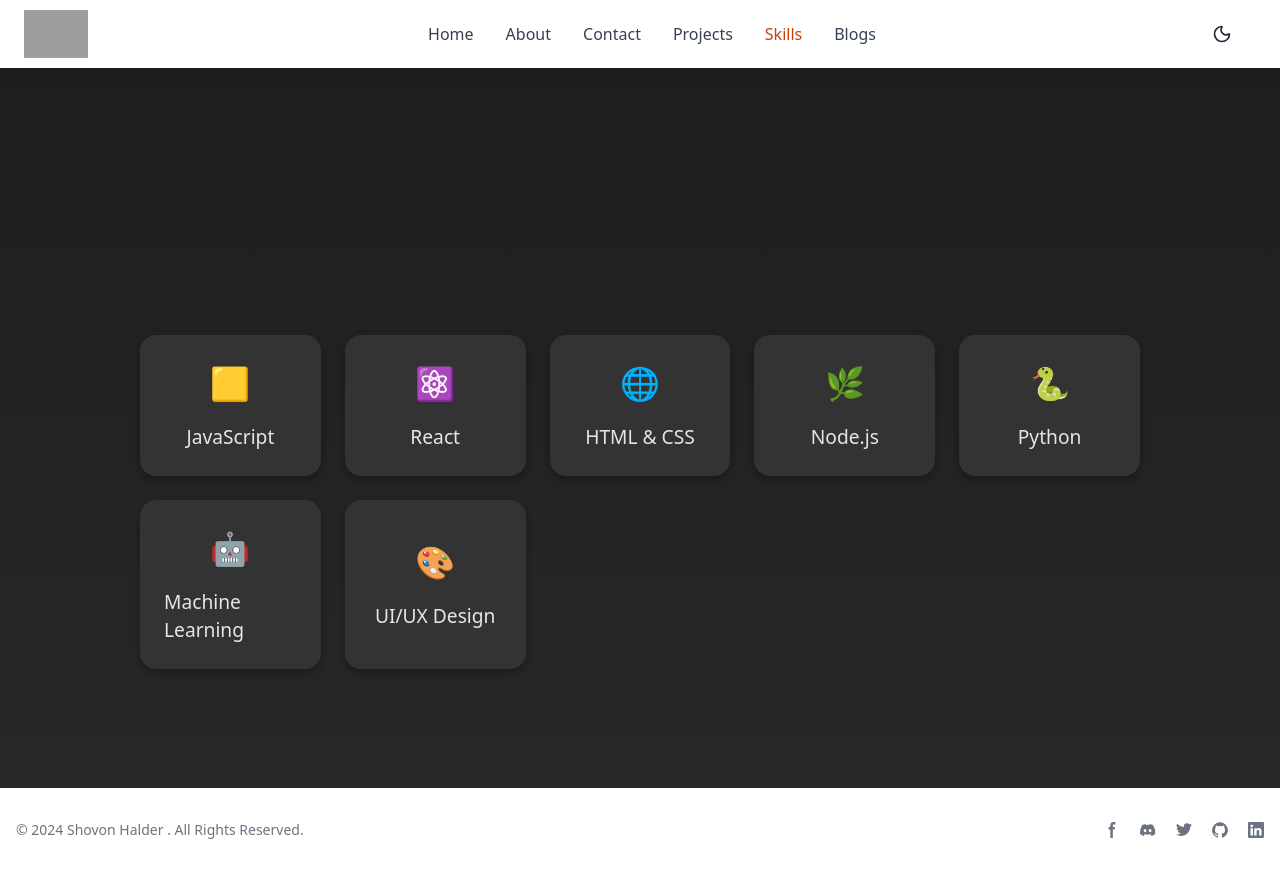
Repository: Shovon0004/Portfolio
Page: /Skill
The author's editor kept a copy of each file at every save. The page is drawn from the files as they stood at one save, then again after the next save.
The browser window is 1280 px wide. The pictures show the whole page.
Pictures or frames that could not be fetched are drawn as grey boxes. The project was rebuilt for these pictures with package versions that can differ from the ones it lists, and the page was loaded fresh each time. Also part of the build but not shown: vite.config.js, src/components/Home.jsx, src/components/About.jsx, src/components/Projects.jsx, src/components/Contact.jsx, src/components/Blogs.jsx.

Above is the page before, as saved 2024-12-23 12:51:50.

### src/main.jsx
import { StrictMode } from 'react'
import { createRoot } from 'react-dom/client'
import './index.css'
import { Route,createBrowserRouter, createRoutesFromElements, RouterProvider } from 'react-router'
import Layout from './Layout.jsx'
import Home from './components/Home.jsx'
import About from './components/About.jsx'
import Projects from './components/Projects.jsx'
import Contact from './components/Contact.jsx'
import Skill from './components/Skill.jsx'
import Blogs from './components/Blogs.jsx'





// const router = createBrowserRouter([
//   {
//     path: '/',
//     element: <Layout />,
//     children: [
//       {
//         path: "",
//         element: <Home />
//       }, {
//         path: "about",
//         element: <About />
//       }, {
//         path: "Projects",
//         element: <Projects />
//       }, {
//         path: "Contact",
//         element:<Contact/>

//       }
//     ]
//   }
// ])
const router = createBrowserRouter(
  createRoutesFromElements(
    <Route path='/' element={<Layout />}>
      <Route path="" element={<Home />} />
      <Route path="about" element={<About />} />
      <Route path="Projects" element={<Projects />} />
      <Route path="Contact" element={<Contact />} />
      <Route path="Skill" element={<Skill />} />
      <Route path="Blogs" element={<Blogs/>}/>
    </Route>
  )
)

createRoot(document.getElementById('root')).render(
  <StrictMode>




      <RouterProvider router={router} />

  </StrictMode>,
)

### src/Layout.jsx
import React from 'react'
import Header from './components/Header'
import Footer from './components/Footer'
import { Outlet } from 'react-router-dom'

function Layout() {
  return (
    <>
    <Header/>
    <main className="flex-grow text-gray-900 dark:text-white dark:bg-gray-900">
                <Outlet />
            </main>
    <Footer />
    </>
  )
}

export default Layout

### src/components/Skill.jsx
import React from "react";
import { motion, useScroll, useTransform } from "framer-motion";
import "./Skill.css";

const skills = [
  { name: "JavaScript", icon: "🟨" },
  { name: "React", icon: "⚛️" },
  { name: "HTML & CSS", icon: "🌐" },
  { name: "Node.js", icon: "🌿" },
  { name: "Python", icon: "🐍" },
  { name: "Machine Learning", icon: "🤖" },
  { name: "UI/UX Design", icon: "🎨" },
];

const Skill = () => {
  const { scrollYProgress } = useScroll();
  const x = useTransform(scrollYProgress, [0, 1], [0, -100]);
  const opacity = useTransform(scrollYProgress, [0, 0.5, 1], [1, 0.8, 0]);

  return (
    <div className="skill-container dark:bg-900">
      <motion.div
        className="parallax-header"
        style={{ x, opacity }}
        initial={{ y: -50, opacity: 0 }}
        animate={{ y: 0, opacity: 1 }}
        transition={{ duration: 1 }}
      >
        <h1 className="skill-title">My Skills</h1>
        <p className="skill-subtitle">Crafted with passion and precision</p>
      </motion.div>

      <motion.div
        className="skills-grid"
        initial="hidden"
        animate="visible"
        variants={{
          hidden: { opacity: 0, scale: 0.8 },
          visible: { opacity: 1, scale: 1, transition: { staggerChildren: 0.3 } },
        }}
      >
        {skills.map((skill, index) => (
          <motion.div
            key={index}
            className="skill-card"
            variants={{
              hidden: { opacity: 0, y: 50 },
              visible: { opacity: 1, y: 0 },
            }}
            whileHover={{
              scale: 1.2,
              rotate: [0, 5, -5, 0],
              boxShadow: "0 8px 20px rgba(255, 255, 255, 0.3)",
              transition: { duration: 0.5 },
            }}
          >
            <div className="skill-icon">{skill.icon}</div>
            <h3>{skill.name}</h3>
            <motion.div
              className="glow-effect"
              animate={{ opacity: [0.2, 0.8, 0.2], scale: [1, 1.2, 1] }}
              transition={{ duration: 1.5, repeat: Infinity }}
            />
          </motion.div>
        ))}
      </motion.div>

      <motion.div
        className="interactive-background"
        initial={{ opacity: 0 }}
        animate={{ opacity: 0.5 }}
        transition={{ duration: 1 }}
      >
        {[...Array(50)].map((_, i) => (
          <motion.div
            key={i}
            className="floating-bubble"
            initial={{ y: 0, opacity: 0.6 }}
            animate={{ y: [10, -10, 10], opacity: [0.3, 0.7, 0.3] }}
            transition={{
              duration: 5,
              repeat: Infinity,
              delay: Math.random() * 2,
            }}
          />
        ))}
      </motion.div>
    </div>
  );
};
export default Skill;

### src/components/Header.jsx
import React from 'react'
import { Link, NavLink } from 'react-router-dom'
import  { useState,useEffect } from 'react'
import { Moon, Sun } from 'lucide-react';

export default function Header() {
    const [darkMode, setDarkMode] = useState(() => {
        const savedTheme = localStorage.getItem('theme');
        return savedTheme === 'dark';
    });

    useEffect(() => {
        if (darkMode) {
            document.documentElement.classList.add('dark');
            localStorage.setItem('theme', 'dark');
        } else {
            document.documentElement.classList.remove('dark');
            localStorage.setItem('theme', 'light');
        }
    }, [darkMode]);
    return (
        <header className="shadow sticky z-50 top-0 dark:bg-grey-900">
            <nav className="bg-white border-gray-800 px-4 lg:px-6 py-2.5 dark:bg-gray-900">
                <div className="flex flex-wrap justify-between items-center mx-auto max-w-screen-xl">
                    <Link to="/" className="flex items-center ">
                        <img
                            src="https://media.tenor.com/kQ5Gj88WGuwAAAAj/taking-notes-kedet.gif"
                            className="mr-3 h-12"
                            alt="Logo"
                        />
                    </Link>
                    <div className="flex items-center lg:order-2">
                        <button
                            onClick={() => setDarkMode(!darkMode)}
                            className="p-2 mr-4 rounded-lg hover:bg-gray-100 dark:hover:bg-gray-700 focus:outline-none focus:ring-2 focus:ring-gray-200 dark:focus:ring-gray-700"
                            aria-label="Toggle dark mode"
                        >
                            {darkMode ? (
                                <Sun className="w-5 h-5 text-gray-800 dark:text-gray-200" />
                            ) : (
                                <Moon className="w-5 h-5 text-gray-800 dark:text-gray-200" />
                            )}
                        </button>




                    </div>
                    <div
                        className="hidden justify-between items-center w-full lg:flex lg:w-auto lg:order-1"
                        id="mobile-menu-2"
                    >
                        <ul className="flex flex-col mt-4 font-medium lg:flex-row lg:space-x-8 lg:mt-0">
                            <li>
                                <NavLink
  to="/"
  className={({ isActive }) =>
    `block py-2 pr-4 pl-3 duration-200 ${
      isActive ? "text-orange-700" : "text-gray-700"
    } border-b border-gray-100 hover:bg-gray-50 lg:hover:bg-transparent lg:border-0 hover:text-orange-700 lg:p-0`
  }
  title="Go to Home"
>
  Home
</NavLink>

                            </li>
                            <li>
                                <NavLink
                                to="/about"
                                    className={({isActive}) =>
                                        `block py-2 pr-4 pl-3 duration-200 ${isActive ? "text-orange-700" : "text-gray-700"} border-b border-gray-100 hover:bg-gray-50 lg:hover:bg-transparent lg:border-0 hover:text-orange-700 lg:p-0`
                                    }
                                >
                                    About
                                </NavLink>
                            </li>
                            <li>
                                <NavLink
                                to="/contact"
                                    className={({isActive}) =>
                                        `block py-2 pr-4 pl-3 duration-200 ${isActive ? "text-orange-700" : "text-gray-700"} border-b border-gray-100 hover:bg-gray-50 lg:hover:bg-transparent lg:border-0 hover:text-orange-700 lg:p-0`
                                    }
                                >
                                    Contact
                                </NavLink>
                            </li>
                            <li>
                                <NavLink
                                to="/Projects"
                                    className={({isActive}) =>
                                        `block py-2 pr-4 pl-3 duration-200 ${isActive ? "text-orange-700" : "text-gray-700"} border-b border-gray-100 hover:bg-gray-50 lg:hover:bg-transparent lg:border-0 hover:text-orange-700 lg:p-0`
                                    }
                                >
                                    Projects
                                </NavLink>
                            </li>
                            <li>
                                <NavLink
                                to="/Skill"
                                    className={({isActive}) =>
                                        `block py-2 pr-4 pl-3 duration-200 ${isActive ? "text-orange-700" : "text-gray-700"} border-b border-gray-100 hover:bg-gray-50 lg:hover:bg-transparent lg:border-0 hover:text-orange-700 lg:p-0`
                                    }
                                >
                                    Skills
                                </NavLink>
                            </li>
                            <li>
                                <NavLink
                                to="/Blogs"
                                    className={({isActive}) =>
                                        `block py-2 pr-4 pl-3 duration-200 rounded border-red-500 ${isActive ? "text-orange-700" : "text-gray-700"} border-b border-gray-100 hover:bg-gray-50 lg:hover:bg-transparent lg:border-0 hover:text-orange-700 lg:p-0`
                                    }
                                >
                                    Blogs
                                </NavLink>
                            </li>

                        </ul>
                    </div>
                </div>
            </nav>
        </header>
    );
}

### src/components/Footer.jsx
import React from 'react'
import { Link } from 'react-router-dom';


export default function Footer() {
    return (
        <footer className="dark:bg-gray-900">
            <div className="mx-auto w-full max-w-screen-xl p-4 py-6 lg:py-8">
                <div className="sm:flex sm:items-center sm:justify-between">
                    <span className="text-sm text-gray-500 sm:text-center">
                        © 2024 Shovon Halder
                        . All Rights Reserved.
                    </span>
                    <div className="flex mt-4 space-x-5 sm:justify-center sm:mt-0">
                        <Link to="https://www.facebook.com/profile.php?id=100080779660559" className="text-gray-500 hover:text-gray-900">
                            <svg
                                className="w-4 h-4"
                                aria-hidden="true"
                                xmlns="http://www.w3.org/2000/svg"
                                fill="currentColor"
                                viewBox="0 0 8 19"
                            >
                                <path
                                    fillRule="evenodd"
                                    d="M6.135 3H8V0H6.135a4.147 4.147 0 0 0-4.142 4.142V6H0v3h2v9.938h3V9h2.021l.592-3H5V3.591A.6.6 0 0 1 5.592 3h.543Z"
                                    clipRule="evenodd"
                                />
                            </svg>
                            <span className="sr-only">Facebook page</span>
                        </Link>
                        <Link to="#" className="text-gray-500">
                            <svg
                                className="w-4 h-4"
                                aria-hidden="true"
                                xmlns="http://www.w3.org/2000/svg"
                                fill="currentColor"
                                viewBox="0 0 21 16"
                            >
                                <path d="M16.942 1.556a16.3 16.3 0 0 0-4.126-1.3 12.04 12.04 0 0 0-.529 1.1 15.175 15.175 0 0 0-4.573 0 11.585 11.585 0 0 0-.535-1.1 16.274 16.274 0 0 0-4.129 1.3A17.392 17.392 0 0 0 .182 13.218a15.785 15.785 0 0 0 4.963 2.521c.41-.564.773-1.16 1.084-1.785a10.63 10.63 0 0 1-1.706-.83c.143-.106.283-.217.418-.33a11.664 11.664 0 0 0 10.118 0c.137.113.277.224.418.33-.544.328-1.116.606-1.71.832a12.52 12.52 0 0 0 1.084 1.785 16.46 16.46 0 0 0 5.064-2.595 17.286 17.286 0 0 0-2.973-11.59ZM6.678 10.813a1.941 1.941 0 0 1-1.8-2.045 1.93 1.93 0 0 1 1.8-2.047 1.919 1.919 0 0 1 1.8 2.047 1.93 1.93 0 0 1-1.8 2.045Zm6.644 0a1.94 1.94 0 0 1-1.8-2.045 1.93 1.93 0 0 1 1.8-2.047 1.918 1.918 0 0 1 1.8 2.047 1.93 1.93 0 0 1-1.8 2.045Z" />
                            </svg>
                            <span className="sr-only">Discord community</span>
                        </Link>
                        <Link to="https://x.com/SHalder0004" className="text-gray-500">
                            <svg
                                className="w-4 h-4"
                                aria-hidden="true"
                                xmlns="http://www.w3.org/2000/svg"
                                fill="currentColor"
                                viewBox="0 0 20 17"
                            >
                                <path
                                    fillRule="evenodd"
                                    d="M20 1.892a8.178 8.178 0 0 1-2.355.635 4.074 4.074 0 0 0 1.8-2.235 8.344 8.344 0 0 1-2.605.98A4.13 4.13 0 0 0 13.85 0a4.068 4.068 0 0 0-4.1 4.038 4 4 0 0 0 .105.919A11.705 11.705 0 0 1 1.4.734a4.006 4.006 0 0 0 1.268 5.392 4.165 4.165 0 0 1-1.859-.5v.05A4.057 4.057 0 0 0 4.1 9.635a4.19 4.19 0 0 1-1.856.07 4.108 4.108 0 0 0 3.831 2.807A8.36 8.36 0 0 1 0 14.184 11.732 11.732 0 0 0 6.291 16 11.502 11.502 0 0 0 17.964 4.5c0-.177 0-.35-.012-.523A8.143 8.143 0 0 0 20 1.892Z"
                                    clipRule="evenodd"
                                />
                            </svg>
                            <span className="sr-only">Twitter page</span>
                        </Link>
                        <Link to="https://github.com/Shovon0004" className="text-gray-500">
                            <svg
                                className="w-4 h-4"
                                aria-hidden="true"
                                xmlns="http://www.w3.org/2000/svg"
                                fill="currentColor"
                                viewBox="0 0 20 20"
                            >
                                <path
                                    fillRule="evenodd"
                                    d="M10 .333A9.911 9.911 0 0 0 6.866 19.65c.5.092.678-.215.678-.477 0-.237-.01-1.017-.014-1.845-2.757.6-3.338-1.169-3.338-1.169a2.627 2.627 0 0 0-1.1-1.451c-.9-.615.07-.6.07-.6a2.084 2.084 0 0 1 1.518 1.021 2.11 2.11 0 0 0 2.884.823c.044-.503.268-.973.63-1.325-2.2-.25-4.516-1.1-4.516-4.9A3.832 3.832 0 0 1 4.7 7.068a3.56 3.56 0 0 1 .095-2.623s.832-.266 2.726 1.016a9.409 9.409 0 0 1 4.962 0c1.89-1.282 2.717-1.016 2.717-1.016.366.83.402 1.768.1 2.623a3.827 3.827 0 0 1 1.02 2.659c0 3.807-2.319 4.644-4.525 4.889a2.366 2.366 0 0 1 .673 1.834c0 1.326-.012 2.394-.012 2.72 0 .263.18.572.681.475A9.911 9.911 0 0 0 10 .333Z"
                                    clipRule="evenodd"
                                />
                            </svg>
                            <span className="sr-only">GitHub account</span>
                        </Link>
                        <Link to="https://www.linkedin.com/in/shovon-halder-5ab775266/" className="text-gray-500">
                            <svg xmlns="http://www.w3.org/2000/svg" width="16" height="16" fill="currentColor" class="bi bi-linkedin" viewBox="0 0 16 16">
  <path d="M0 1.146C0 .513.526 0 1.175 0h13.65C15.474 0 16 .513 16 1.146v13.708c0 .633-.526 1.146-1.175 1.146H1.175C.526 16 0 15.487 0 14.854zm4.943 12.248V6.169H2.542v7.225zm-1.2-8.212c.837 0 1.358-.554 1.358-1.248-.015-.709-.52-1.248-1.342-1.248S2.4 3.226 2.4 3.934c0 .694.521 1.248 1.327 1.248zm4.908 8.212V9.359c0-.216.016-.432.08-.586.173-.431.568-.878 1.232-.878.869 0 1.216.662 1.216 1.634v3.865h2.401V9.25c0-2.22-1.184-3.252-2.764-3.252-1.274 0-1.845.7-2.165 1.193v.025h-.016l.016-.025V6.169h-2.4c.03.678 0 7.225 0 7.225z"/>
</svg>
                            <span className="sr-only">LinkedIn</span>
                        </Link>
                    </div>
                </div>
            </div>
        </footer>
    );
}

### src/components/Skill.css
.skill-container {
  height: 100vh;
  display: flex;
  flex-direction: column;
  align-items: center;
  justify-content: space-between;
  padding: 2rem;
  background: linear-gradient(to bottom, #1e1e1e, #282828);
  color: #fff;
  overflow: hidden;
}

.dark:bg-900 {
  background-color: #121212;
}

.parallax-header {
  text-align: center;
  margin-bottom: 2rem;
}

.skill-title {
  font-size: 3rem;
  font-weight: bold;
  color: #e6e6e6;
}

.skill-subtitle {
  font-size: 1.5rem;
  color: #aaa;
  margin-top: 0.5rem;
}

.skills-grid {
  display: grid;
  grid-template-columns: repeat(auto-fit, minmax(150px, 1fr));
  gap: 1.5rem;
  width: 100%;
  max-width: 1000px;
}

.skill-card {
  display: flex;
  flex-direction: column;
  align-items: center;
  justify-content: center;
  padding: 1.5rem;
  background: #333;
  border-radius: 1rem;
  box-shadow: 0 4px 10px rgba(0, 0, 0, 0.3);
  transition: transform 0.2s, box-shadow 0.2s;
}

.skill-card h3 {
  margin-top: 1rem;
  font-size: 1.2rem;
  color: #e6e6e6;
}

.skill-icon {
  font-size: 2rem;
}

.parallax-footer {
  text-align: center;
  margin-top: 2rem;
}

.footer-text {
  font-size: 1.2rem;
  color: #e6e6e6;
}

.contact-button {
  margin-top: 1rem;
  padding: 0.8rem 1.5rem;
  font-size: 1rem;
  color: #fff;
  background-color: #444;
  border: none;
  border-radius: 0.5rem;
  cursor: pointer;
  transition: background-color 0.3s, transform 0.2s;
}

Loaded but not shown: index.html (common file); src/index.css (common file); tailwind.config.js (common file)

After the next save:
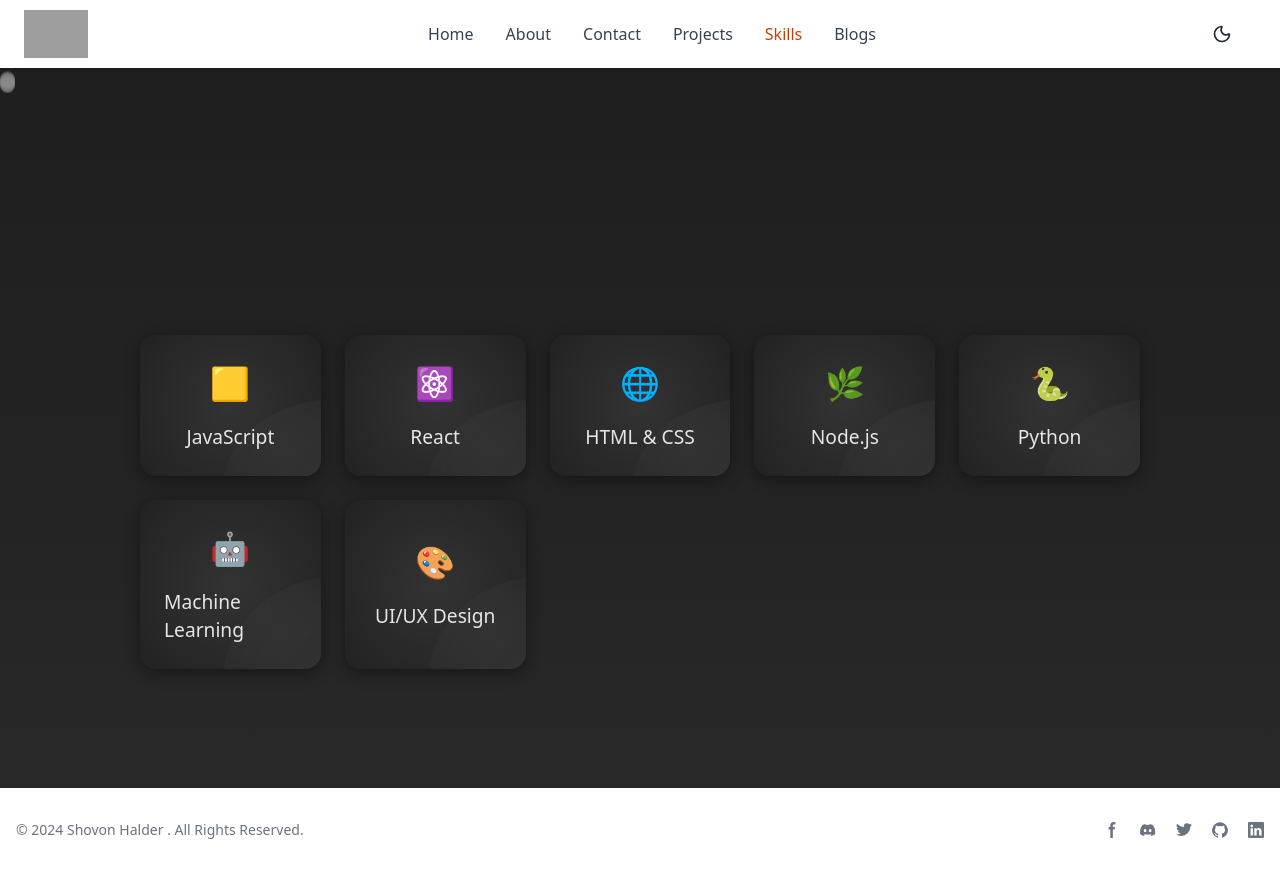
Saved 6 s later.
--- a/src/components/Skill.css
+++ b/src/components/Skill.css
@@ -3,11 +3,12 @@
   display: flex;
   flex-direction: column;
   align-items: center;
-  justify-content: space-between;
+  justify-content: center;
   padding: 2rem;
   background: linear-gradient(to bottom, #1e1e1e, #282828);
   color: #fff;
   overflow: hidden;
+  position: relative;
 }
 
 .dark:bg-900 {
@@ -45,10 +46,12 @@
   align-items: center;
   justify-content: center;
   padding: 1.5rem;
-  background: #333;
+  background: radial-gradient(circle, #333, #222);
   border-radius: 1rem;
-  box-shadow: 0 4px 10px rgba(0, 0, 0, 0.3);
-  transition: transform 0.2s, box-shadow 0.2s;
+  box-shadow: 0 4px 15px rgba(0, 0, 0, 0.4);
+  position: relative;
+  overflow: hidden;
+  cursor: pointer;
 }
 
 .skill-card h3 {
@@ -59,26 +62,38 @@
 
 .skill-icon {
   font-size: 2rem;
+  z-index: 2;
 }
 
-.parallax-footer {
-  text-align: center;
-  margin-top: 2rem;
+.glow-effect {
+  position: absolute;
+  top: 50%;
+  left: 50%;
+  width: 120%;
+  height: 120%;
+  background: radial-gradient(circle, rgba(255, 255, 255, 0.2), transparent);
+  transform: translate(-50%, -50%);
+  border-radius: 50%;
+  z-index: 1;
 }
 
-.footer-text {
-  font-size: 1.2rem;
-  color: #e6e6e6;
+.interactive-background {
+  position: absolute;
+  top: 0;
+  left: 0;
+  width: 100%;
+  height: 100%;
+  pointer-events: none;
+  z-index: 0;
 }
 
-.contact-button {
-  margin-top: 1rem;
-  padding: 0.8rem 1.5rem;
-  font-size: 1rem;
-  color: #fff;
-  background-color: #444;
-  border: none;
-  border-radius: 0.5rem;
-  cursor: pointer;
-  transition: background-color 0.3s, transform 0.2s;
+.floating-bubble {
+  position: absolute;
+  width: 15px;
+  height: 15px;
+  background: rgba(255, 255, 255, 0.2);
+  border-radius: 50%;
+  top: calc(100% * var(--y));
+  left: calc(100% * var(--x));
+  animation: floating 10s infinite ease-in-out;
 }
